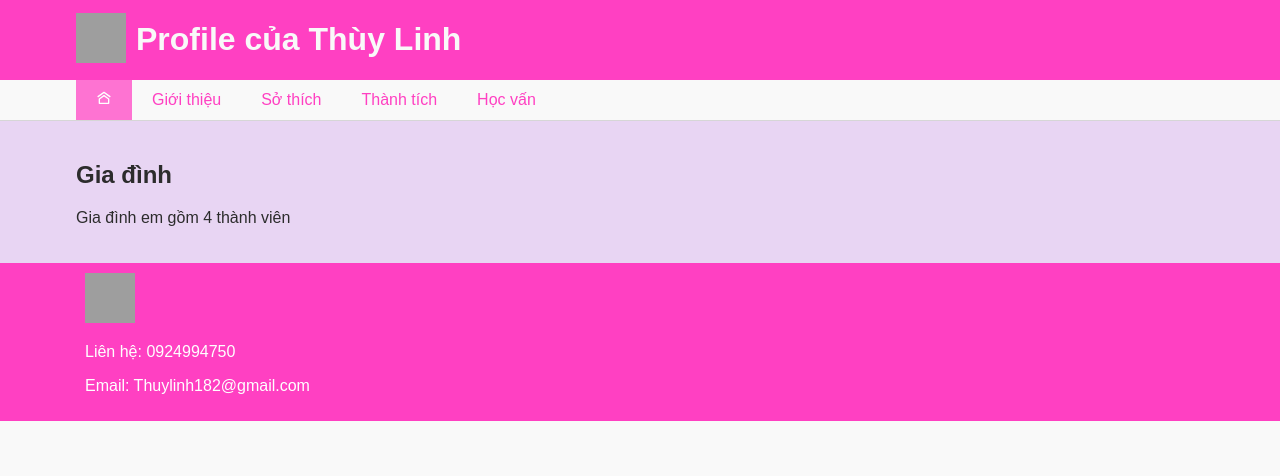
Repository: DucLong-PD07979/profile-vu-thuy-linh
Page: gia-dinh.html
An editor plug-in stored every save of this project. The page is shown before and after the next save, followed by the edit.
The browser window is 1280 px wide. The pictures show the whole page.
Pictures or frames that could not be fetched are drawn as grey boxes.

Above is the page before, as saved 2025-03-08 21:41:59.
Not found: script.js

After the next save:
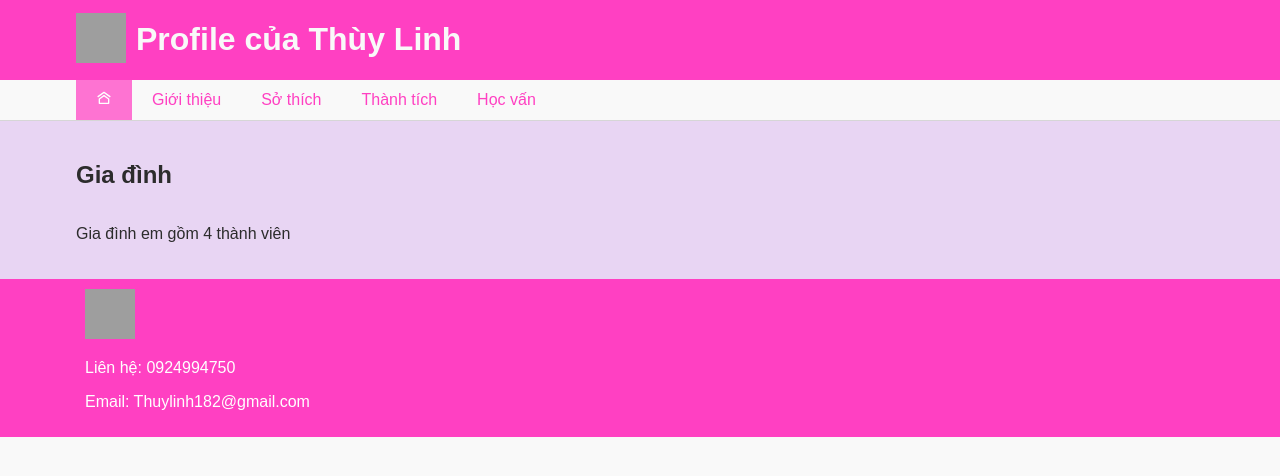
Saved 22 s later.
--- a/css/main.css
+++ b/css/main.css
@@ -174,6 +174,11 @@ nav ul li:hover .menu-children {
     padding: 20px 0;
 }
 
+.family-section-content {
+    display: grid;
+    grid-template-columns: 1fr 1fr 1fr 1fr;
+}
+
 footer {
     background-color: #ff40c2;
     color: white;
